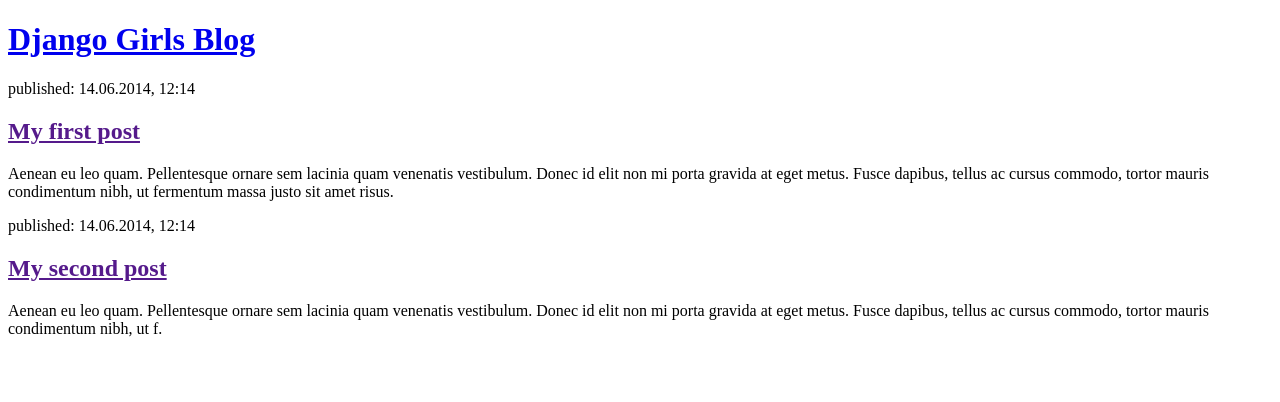
Repository: Krishna-bansall/django-blog
Page: http://localhost/
The author's editor kept a copy of each file at every save. The page is drawn from the files as they stood at one save, then again after a run of saves.
The browser window is 1280 px wide. The pictures show the whole page.
The page is served by the project's application, run on Django 3.2 (manage.py).

Above is the page before, as saved 2022-06-20 20:17:18.

After the next 2 saves:
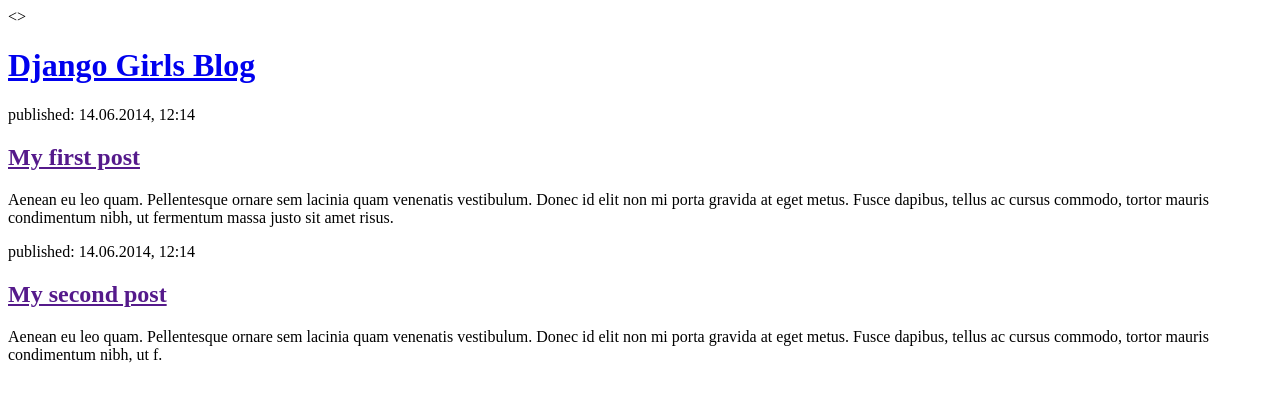
The 2 saves are shown as one change because they came seconds apart.
The last was saved 8 s later.
--- a/blog/templates/blog/post_list.html
+++ b/blog/templates/blog/post_list.html
@@ -6,8 +6,8 @@
 		<meta name="viewport" content="width=device-width, initial-scale=1.0" />
 		<title>Document</title>
 	</head>
-	<body>
-          <header>
+	<>
+        <header>
             <h1><a href="/">Django Girls Blog</a></h1>
         </header>
 
@@ -22,6 +22,5 @@
             <h2><a href="">My second post</a></h2>
             <p>Aenean eu leo quam. Pellentesque ornare sem lacinia quam venenatis vestibulum. Donec id elit non mi porta gravida at eget metus. Fusce dapibus, tellus ac cursus commodo, tortor mauris condimentum nibh, ut f.</p>
         </article>
-    </body>
 	</body>
 </html>
